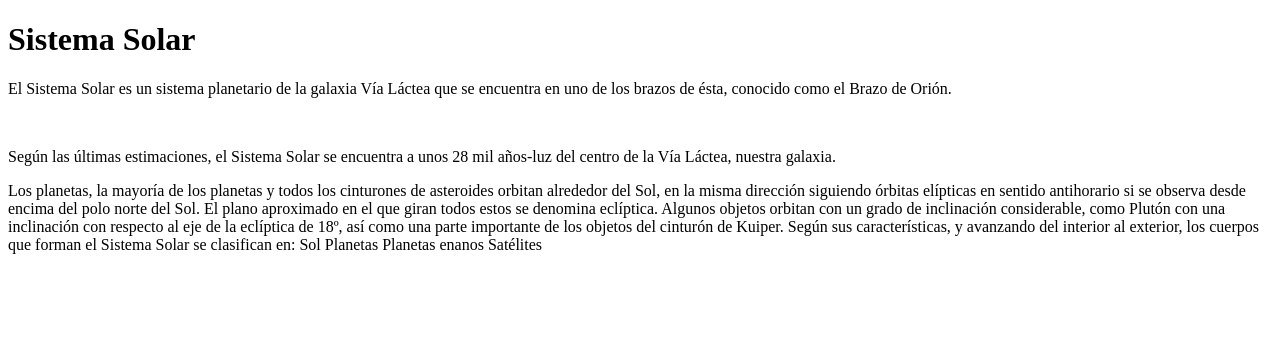
Repository: gustavomanfre/Curso_Front_End_Digitalers
Page: Unidad1/M1 - Laboratorio_02/index.html
An editor plug-in stored every save of this project. The page is shown before and after the next save, followed by the edit.
The browser window is 1280 px wide. The pictures show the whole page.

Above is the page before, as saved 2022-05-25 20:58:55.

### Unidad1/M1 - Laboratorio_02/index.html
<!DOCTYPE html>
<html lang="en">
<head>
    <meta charset="UTF-8">
    <meta http-equiv="X-UA-Compatible" content="IE=edge">
    <meta name="viewport" content="width=device-width, initial-scale=1.0">
    <title>Laboratorio2</title>
</head>
<body>
    <header>
        <h1>Sistema Solar</h1>
        <p>El Sistema Solar es un sistema planetario de la galaxia Vía Láctea que se encuentra en uno de los brazos de ésta, conocido como el Brazo de Orión. </p><br>
        <p>Según las últimas estimaciones, el Sistema Solar se encuentra a unos 28 mil años-luz del centro de la Vía Láctea, nuestra galaxia.</p>
    </header>

    <main>
        <section>

        </section>

    </main>



Los planetas, la mayoría de los planetas y todos los cinturones de asteroides orbitan alrededor del Sol, en la misma dirección
siguiendo órbitas elípticas en sentido antihorario si se observa desde encima del polo norte del Sol.
El plano aproximado en el que giran todos estos se denomina eclíptica. Algunos objetos orbitan con un grado de inclinación
considerable, como Plutón con una inclinación con respecto al eje de la eclíptica de 18º, así como una parte importante de los
objetos del cinturón de Kuiper. Según sus características, y avanzando del interior al exterior, los cuerpos que forman el Sistema
Solar se clasifican en:
Sol
Planetas
Planetas enanos
Satélites


</body>
</html>

After the next save:
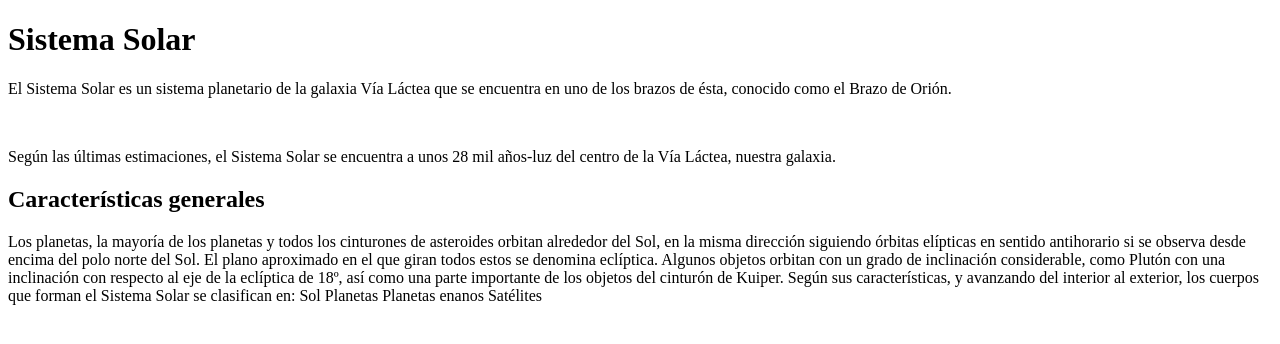
Saved 4 s later.
--- a/Unidad1/M1 - Laboratorio_02/index.html
+++ b/Unidad1/M1 - Laboratorio_02/index.html
@@ -14,6 +14,7 @@
     </header>
 
     <main>
+        <h2>Características generales</h2>
         <section>
 
         </section>
